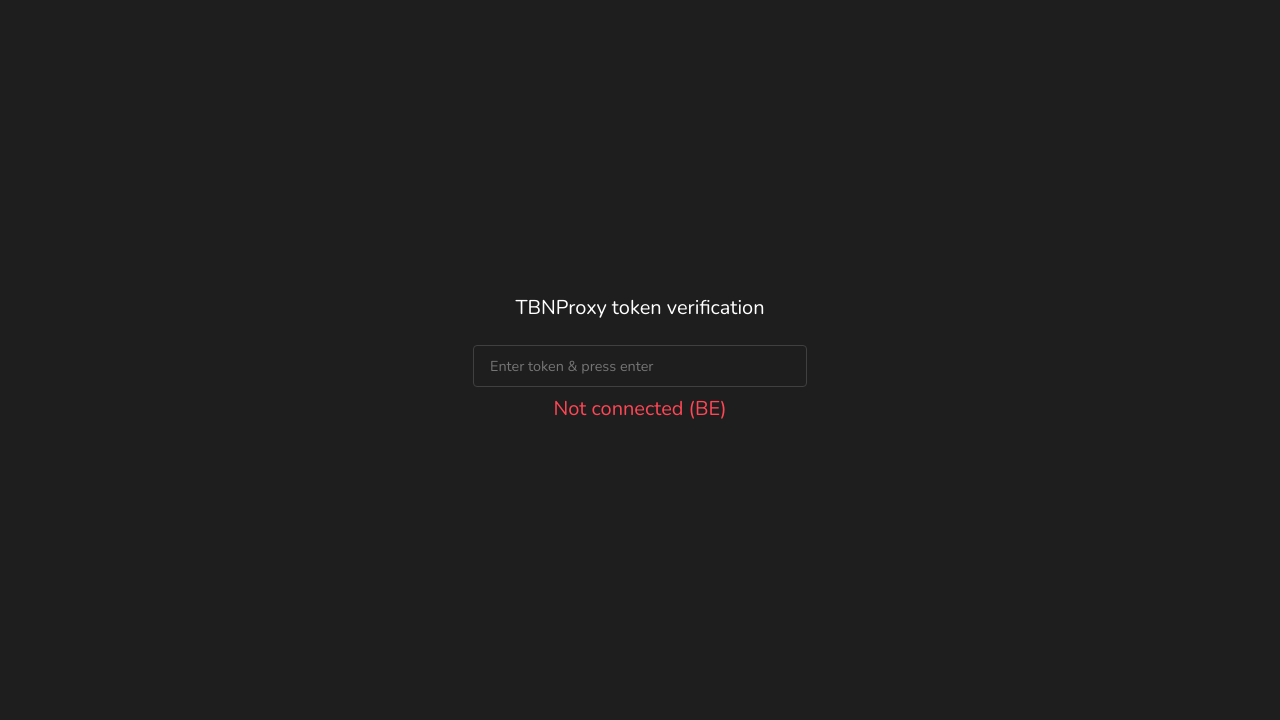
Repository: txdr/TBNProxyJS
Page: smdjd/desktop-views/index.html
The author's editor kept a copy of each file at every save. The page is drawn from the files as they stood at one save, then again after the next save.
The browser window is 1280 px wide. The pictures show the whole page.
The page's requests for data from a server got no answer.

Above is the page before, as saved 2025-01-07 16:40:02.

### smdjd/desktop-views/index.html
<!DOCTYPE html>

<head>
    <meta charset="UTF-8">
    <meta name="viewport" content="width=device-width, initial-scale=1.0">
    <title>TBNProxy</title>
    <link href="https://fonts.googleapis.com/css2?family=Nunito:ital,wght@0,200..1000;1,200..1000&display=swap" rel="stylesheet">
    <link rel="stylesheet" href="css/style.css">
</head>

<body>
    <div id="token">
        <p>TBNProxy token verification</p>
        <input id="tokenInput" placeholder="Enter token & press enter">
        <p id="verification-error">Not connected (BE)</p>
    </div>

    <!-- Main Application Layout -->
    <div id="home">
        <!-- Sidebar Navigation -->
        <div class="sidebar">
            <div class="logo">
                <span>TBN</span><span>Proxy</span>
            </div>
            <a href="#" class="nav-item active">
                <span>Home</span>
            </a>
            <a href="#" class="nav-item">
                <span>Servers</span>
            </a>
            <a href="#" class="nav-item">
                <span>Cheats</span>
            </a>
            <a href="#" class="nav-item">
                <span>Account</span>
            </a>
            <a href="#" class="nav-item">
                <span>Settings</span>
            </a>
        </div>

        <!-- Main Content Area -->
        <div class="main-content">
            <div class="content-header">
                <h1>Saved Servers</h1>
            </div>

            <!-- Server Management Section -->
            <div class="server-section">
                <div class="server-header">
                    <h2>Add Server</h2>
                </div>
                <div class="server-inputs">
                    <input type="text" placeholder="Server Name" id="serverName">
                    <input type="text" placeholder="Server IP" id="serverIP">
                    <input type="text" placeholder="Port" id="serverPort" value="19132">
                    <button onclick="addServer()">Add Server</button>
                </div>
            </div>

            <!-- Server List Section -->
            <div class="server-section">
                <div class="server-header">
                    <h2>Server List</h2>
                </div>
                <div class="server-list" id="serverList">
                    <!-- Server items will be dynamically added here -->
                </div>
            </div>

            <!-- Proxy Status Section -->
            <div class="server-section">
                <div class="server-header">
                    <h2>Proxy Status</h2>
                </div>
                <div class="server-item">
                    <div class="server-item-info">
                        <div class="status-indicator status-offline" id="proxyStatus">Offline</div>
                        <p id="serverInfo">Server Offline</p>
                    </div>
                    <div class="server-item-actions">
                        <button id="proxyStart" onclick="proxyStart()">Start Proxy</button>
                    </div>
                </div>
            </div>

            <!-- Authentication Section -->
            <div class="server-section">
                <div class="server-header">
                    <h2>Authentication</h2>
                </div>
                <div class="server-item">
                    <div class="server-item-info">
                        <p id="authMessage">No Authentication Needed.</p>
                    </div>
                    <div class="server-item-actions">
                        <button id="openLink" class="secondary">Open Link</button>
                    </div>
                </div>
            </div>
        </div>
    </div>

    <script src="https://cdnjs.cloudflare.com/ajax/libs/socket.io/4.8.1/socket.io.js"></script>
    <script src="js/home.js"></script>
</body>

### smdjd/desktop-views/css/style.css
:root {
    --primary: #ff4655;
    --primary-hover: #ff5f6d;
    --bg-dark: #1e1e1e;
    --bg-sidebar: #2d2d2d;
    --bg-content: #252525;
    --text-primary: #ffffff;
    --text-secondary: #9ca3af;
    --border-color: #404040;
    --danger: #ff4655;
    --success: #4ade80;
}

body {
    background: var(--bg-dark);
    margin: 0;
    min-height: 100vh;
    font-family: "Nunito", sans-serif;
    color: var(--text-primary);
}

/* Sidebar Styles */
.sidebar {
    width: 250px;
    background: var(--bg-sidebar);
    height: 100vh;
    position: fixed;
    left: 0;
    top: 0;
    padding: 1.5rem 0;
    border-right: 1px solid var(--border-color);
    z-index: 100;
}

.logo {
    padding: 0 1.5rem;
    margin-bottom: 2rem;
    display: flex;
    align-items: center;
    gap: 0.5rem;
}

.logo span {
    font-size: 1.5rem;
    font-weight: 700;
    color: var(--text-primary);
}

.logo span:first-child {
    color: var(--primary);
}

.nav-item {
    padding: 0.75rem 1.5rem;
    color: var(--text-secondary);
    display: flex;
    align-items: center;
    gap: 0.75rem;
    cursor: pointer;
    transition: all 0.2s ease;
    text-decoration: none;
}

.nav-item:hover, .nav-item.active {
    background: var(--primary);
    color: var(--text-primary);
}

/* Main Content */
.main-content {
    margin-left: 250px;
    padding: 2rem;
    min-height: 100vh;
}

.content-header {
    margin-bottom: 2rem;
}

.content-header h1 {
    font-size: 1.75rem;
    font-weight: 700;
    margin: 0;
    padding: 0;
}

/* Server Section */
.server-section {
    background: var(--bg-content);
    border-radius: 8px;
    padding: 1.5rem;
    margin-bottom: 1.5rem;
    width: calc(100% - 3rem);
    max-width: 1200px;
}

.server-header {
    display: flex;
    justify-content: space-between;
    align-items: center;
    margin-bottom: 1.5rem;
}

.server-header h2 {
    font-size: 1.25rem;
    margin: 0;
}

.server-inputs {
    display: flex;
    gap: 1rem;
    margin-bottom: 1rem;
    flex-wrap: wrap;
}

.server-inputs input {
    flex: 1;
    min-width: 200px;
}

.server-inputs button {
    min-width: 120px;
}

input, select {
    background: var(--bg-dark);
    border: 1px solid var(--border-color);
    border-radius: 4px;
    padding: 0.6rem 1rem;
    color: var(--text-primary);
    font-family: inherit;
    font-size: 0.9rem;
}

input:focus, select:focus {
    outline: none;
    border-color: var(--primary);
}

button {
    background: var(--primary);
    color: white;
    border: none;
    border-radius: 4px;
    padding: 0.6rem 1.2rem;
    font-family: inherit;
    font-weight: 600;
    font-size: 0.9rem;
    cursor: pointer;
    transition: all 0.2s ease;
    min-width: 100px;
    white-space: nowrap;
}

button:hover {
    background: var(--primary-hover);
}

button.secondary {
    background: transparent;
    border: 1px solid var(--border-color);
    color: var(--text-primary);
}

button.secondary:hover {
    background: var(--bg-dark);
}

.server-list {
    margin-top: 1rem;
    width: 100%;
}

.server-item {
    display: flex;
    justify-content: space-between;
    align-items: center;
    padding: 0.75rem;
    background: var(--bg-dark);
    border-radius: 4px;
    margin-bottom: 0.5rem;
    width: calc(100% - 1.5rem);
}

.server-item-info {
    display: flex;
    align-items: center;
    gap: 1rem;
    flex: 1;
}

.server-item-actions {
    display: flex;
    gap: 0.5rem;
    margin-left: 1rem;
}

/* Token Section */
#token {
    display: flex;
    flex-direction: column;
    align-items: center;
    justify-content: center;
    height: 100vh;
    width: 100%;
    background: var(--bg-dark);
}

#token p {
    font-size: 1.25rem;
    margin-bottom: 1.5rem;
}

#token input {
    width: 300px;
    max-width: 90%;
}

#verification-error {
    color: var(--danger);
    font-size: 0.9rem;
    margin-top: 0.5rem;
}

/* Status Indicators */
.status-indicator {
    display: inline-flex;
    align-items: center;
    gap: 0.5rem;
    font-size: 0.9rem;
    white-space: nowrap;
}

.status-indicator::before {
    content: '';
    width: 8px;
    height: 8px;
    border-radius: 50%;
    background: currentColor;
    flex-shrink: 0;
}

.status-online {
    color: var(--success);
}

.status-offline {
    color: var(--danger);
}

/* Home Container */
#home {
    display: none;
    min-height: 100vh;
    width: 100%;
}

/* Responsive Design */
@media (max-width: 1024px) {
    .server-inputs {
        flex-direction: column;
    }

    .server-inputs input,
    .server-inputs button {
        width: 100%;
    }

    .server-item {
        flex-direction: column;
        gap: 1rem;
    }

    .server-item-actions {
        width: 100%;
        justify-content: flex-end;
        margin-left: 0;
    }
}

@media (max-width: 768px) {
    .sidebar {
        width: 60px;
    }

    .logo span, .nav-item span {
        display: none;
    }

    .main-content {
        margin-left: 60px;
        padding: 1rem;
    }

    .server-section {
        width: calc(100% - 2rem);
        padding: 1rem;
    }
}

### smdjd/desktop-views/js/home.js
const socket = io("http://localhost:3000");

function getServers() {
    return JSON.parse(localStorage.getItem("servers")) || [];
}

function updateServerList() {
    const serverList = document.getElementById("serverList");
    serverList.innerHTML = "";

    getServers().forEach(server => {
        const serverItem = document.createElement("div");
        serverItem.className = "server-item";

        const info = document.createElement("div");
        info.className = "server-item-info";
        info.innerHTML = `
            <div class="status-indicator status-offline"></div>
            <span>${server}</span>
        `;

        const actions = document.createElement("div");
        actions.className = "server-item-actions";
        actions.innerHTML = `
            <button onclick="connectToServer('${server}')">Connect</button>
            <button class="secondary" onclick="removeServer('${server}')">Remove</button>
        `;

        serverItem.appendChild(info);
        serverItem.appendChild(actions);
        serverList.appendChild(serverItem);
    });
}

function addServer() {
    const name = document.getElementById("serverName").value;
    const ip = document.getElementById("serverIP").value;
    const port = document.getElementById("serverPort").value;

    if (!name || !ip || !port) return;

    const serverString = `${name}:${ip}:${port}`;
    const servers = getServers();

    if (!servers.includes(serverString)) {
        servers.push(serverString);
        localStorage.setItem("servers", JSON.stringify(servers));
        updateServerList();

        // Clear inputs
        document.getElementById("serverName").value = "";
        document.getElementById("serverIP").value = "";
        document.getElementById("serverPort").value = "19132";
    }
}

function removeServer(server) {
    const servers = getServers().filter(s => s !== server);
    localStorage.setItem("servers", JSON.stringify(servers));
    updateServerList();
}

function connectToServer(server) {
    const [name, ip, port] = server.split(":");
    socket.emit("proxyStart", `${ip}:${port}`);
    setProxyStatus("Connecting");
}

function setAuthInfo(link, code) {
    const authMessage = document.getElementById("authMessage");
    authMessage.style.color = "orange";
    authMessage.innerHTML = `Your Code Is: ${code}`;

    const openLink = document.getElementById("openLink");
    openLink.disabled = false;
    openLink.onclick = () => {
        authMessage.innerHTML = "Please wait...";
        socket.emit("openLink", `${link}?otc=${code}`);
        openLink.disabled = true;
    };
}

function endAuthInfo() {
    const authMessage = document.getElementById("authMessage");
    authMessage.style.color = "var(--success)";
    authMessage.innerHTML = "Authenticated";
    document.getElementById("openLink").style.display = "none";
}

function setProxyStatus(status, good = false) {
    const statusElement = document.getElementById("proxyStatus");
    statusElement.className = `status-indicator ${good ? 'status-online' : 'status-offline'}`;
    statusElement.innerHTML = status;
}

function setServerInfo(info) {
    document.getElementById("serverInfo").innerHTML = info;
}

// Token verification
document.getElementById("tokenInput").addEventListener("keyup", (event) => {
    if (event.key === "Enter") {
        socket.emit("verify", document.getElementById("tokenInput").value);
        document.getElementById("tokenInput").value = "";
    }
});

// Socket event handlers
socket.on("connect", () => {
    document.getElementById("verification-error").style.color = "var(--success)";
    document.getElementById("verification-error").innerHTML = "Connected (BE)";
});

socket.on("verified", () => {
    document.getElementById("verification-error").style.color = "var(--success)";
    document.getElementById("verification-error").innerHTML = "Key Valid";
    document.getElementById("token").style.display = "none";
    document.getElementById("home").style.display = "flex";
    updateServerList();
});

socket.on("failedVerify", (message) => {
    document.getElementById("verification-error").style.color = "var(--danger)";
    document.getElementById("verification-error").innerHTML = message;
});

// Initialize
if (localStorage.getItem("servers") === null) {
    localStorage.setItem("servers", JSON.stringify([]));
}

// Update server info periodically
setInterval(() => {
    const servers = getServers();
    if (servers.length > 0) {
        const [name, ip, port] = servers[0].split(":");
        socket.emit("requestBedrockServerInfo", `${ip}:${port}`);
    }
}, 1250);

After the next save:
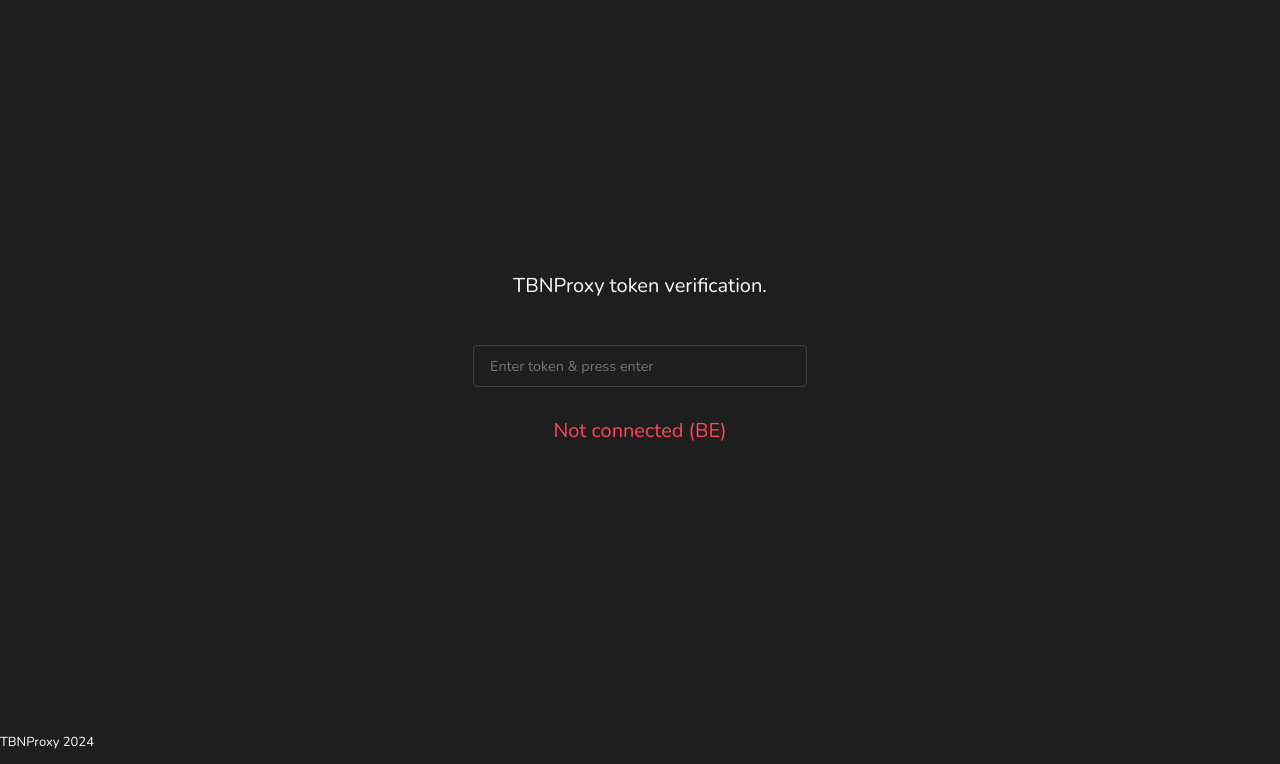
Saved 57 s later.
--- a/smdjd/desktop-views/index.html
+++ b/smdjd/desktop-views/index.html
@@ -10,95 +10,37 @@
 
 <body>
     <div id="token">
-        <p>TBNProxy token verification</p>
-        <input id="tokenInput" placeholder="Enter token & press enter">
+        <p>TBNProxy token verification.</p> <br/>
+        <input id="tokenInput" placeholder="Enter token & press enter"> <br/>
         <p id="verification-error">Not connected (BE)</p>
     </div>
 
-    <!-- Main Application Layout -->
     <div id="home">
-        <!-- Sidebar Navigation -->
-        <div class="sidebar">
-            <div class="logo">
-                <span>TBN</span><span>Proxy</span>
-            </div>
-            <a href="#" class="nav-item active">
-                <span>Home</span>
-            </a>
-            <a href="#" class="nav-item">
-                <span>Servers</span>
-            </a>
-            <a href="#" class="nav-item">
-                <span>Cheats</span>
-            </a>
-            <a href="#" class="nav-item">
-                <span>Account</span>
-            </a>
-            <a href="#" class="nav-item">
-                <span>Settings</span>
-            </a>
+        <div id="proxy" class="infoBox">
+            <p style="font-size: 20px;">Proxy</p> <hr/>
+            <button id="proxyStart" onclick="proxyStart()">Start Proxy</button>
+            <p id="serverInfo">Server Offline</p> <br />
+            <p id="proxyStatus" style="color: red;">Current Status: Offline</p>
         </div>
 
-        <!-- Main Content Area -->
-        <div class="main-content">
-            <div class="content-header">
-                <h1>Saved Servers</h1>
-            </div>
+        <div id="servers" class="infoBox">
+            <p style="font-size: 20px;">Servers</p> <hr/>
+            <p>Add Server</p>
+            <input id="addServer" placeholder="Enter IP and press enter">
+            <p>Select Server</p>
+            <select id="serverSelect"></select> <br/>
+            <button onclick="removeServer()">Remove Server</button>
+        </div>
 
-            <!-- Server Management Section -->
-            <div class="server-section">
-                <div class="server-header">
-                    <h2>Add Server</h2>
-                </div>
-                <div class="server-inputs">
-                    <input type="text" placeholder="Server Name" id="serverName">
-                    <input type="text" placeholder="Server IP" id="serverIP">
-                    <input type="text" placeholder="Port" id="serverPort" value="19132">
-                    <button onclick="addServer()">Add Server</button>
-                </div>
-            </div>
+        <div id="authentication" class="infoBox">
+            <p style="font-size: 20px;">Authentication</p> <hr/>
+            <p id="authMessage" style="color: red;">No Authentication Needed.</p> <br/>
+            <button id="openLink">Open Link</button>
+        </div>
+    </div>
 
-            <!-- Server List Section -->
-            <div class="server-section">
-                <div class="server-header">
-                    <h2>Server List</h2>
-                </div>
-                <div class="server-list" id="serverList">
-                    <!-- Server items will be dynamically added here -->
-                </div>
-            </div>
-
-            <!-- Proxy Status Section -->
-            <div class="server-section">
-                <div class="server-header">
-                    <h2>Proxy Status</h2>
-                </div>
-                <div class="server-item">
-                    <div class="server-item-info">
-                        <div class="status-indicator status-offline" id="proxyStatus">Offline</div>
-                        <p id="serverInfo">Server Offline</p>
-                    </div>
-                    <div class="server-item-actions">
-                        <button id="proxyStart" onclick="proxyStart()">Start Proxy</button>
-                    </div>
-                </div>
-            </div>
-
-            <!-- Authentication Section -->
-            <div class="server-section">
-                <div class="server-header">
-                    <h2>Authentication</h2>
-                </div>
-                <div class="server-item">
-                    <div class="server-item-info">
-                        <p id="authMessage">No Authentication Needed.</p>
-                    </div>
-                    <div class="server-item-actions">
-                        <button id="openLink" class="secondary">Open Link</button>
-                    </div>
-                </div>
-            </div>
-        </div>
+    <div class="footer">
+        <p style="font-size: 13px;">TBNProxy 2024</p>
     </div>
 
     <script src="https://cdnjs.cloudflare.com/ajax/libs/socket.io/4.8.1/socket.io.js"></script>
